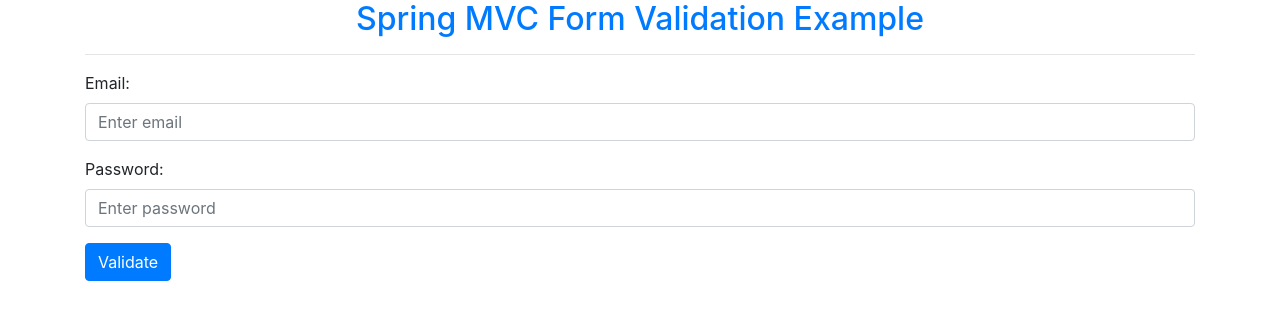
Repository: PradeepBala402/Pradeep
Page: http://localhost/Spring-Validation/init
An editor plug-in stored every save of this project. The page is shown before and after the next save, followed by the edit.
The browser window is 1280 px wide. The pictures show the whole page.
The page is served by Tomcat 9.

Above is the page before, as saved 2019-10-10 11:32:24.

After the next save:
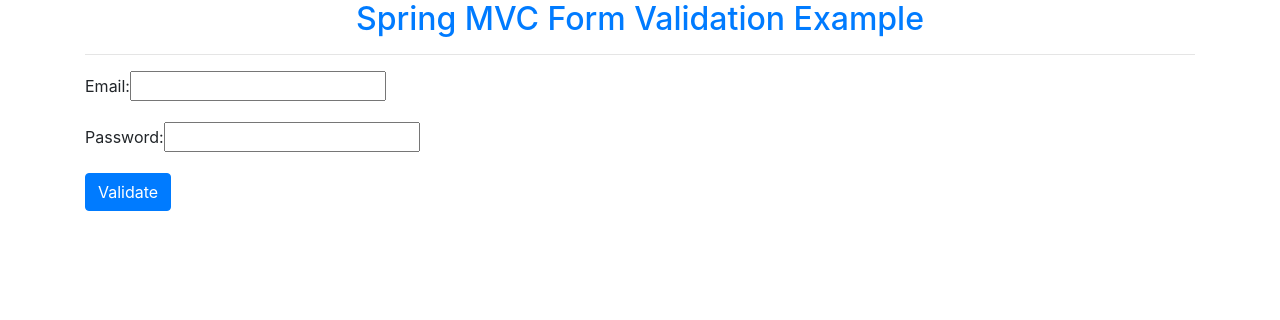
Saved 2 min 1 s later.
--- a/Spring-Validation/src/main/webapp/WEB-INF/pages/loginForm.jsp
+++ b/Spring-Validation/src/main/webapp/WEB-INF/pages/loginForm.jsp
@@ -20,11 +20,11 @@
 
             <form:form action="/Spring-Validation/login" method="POST" modelAttribute="userform">
                  <div class="form-group">
-                    <label>Email:</label><form:input path="email" size="30" cssClass="form-control" placeholder="Enter email" />
+                    <label>Email:</label><form:input path="email" />
                     <small><form:errors path="email" cssClass="errormsg" /></small>
                  </div>
                  <div class="form-group">
-                    <label>Password:</label><form:password path="password" size="30" cssClass="form-control" placeholder="Enter password" />
+                    <label>Password:</label><form:password path="password" />
                     <small><form:errors path="password" cssClass="errormsg" /></small>
                  </div>
                  <div class="form-group">
